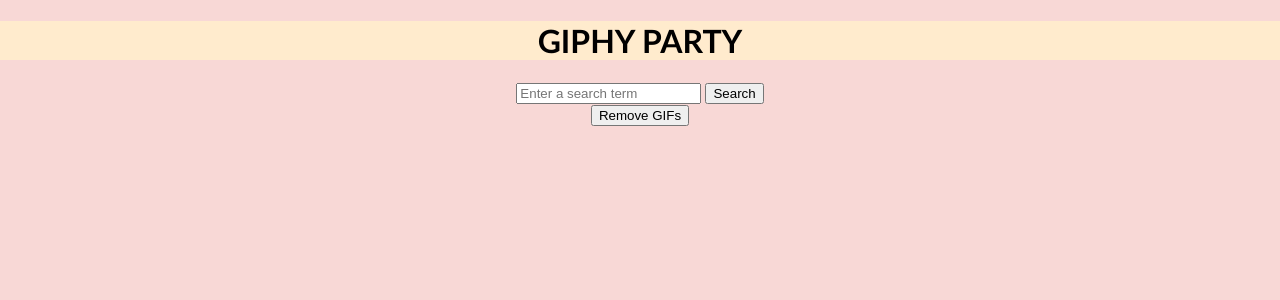
Repository: rmdayberry/AJAX-Giphy-Party
Page: index.html
These files come from the project's save history. The page is drawn as it stood at one moment and after the next save; the edit follows.
The browser window is 1280 px wide. The pictures show the whole page.
Some web libraries are served in a nearby version.

Above is the page before, as saved 2024-08-06 13:00:42.

### index.html
<!DOCTYPE html>
<html lang="en">
  <head>
    <meta charset="UTF-8" />
    <title>Giphy Party!</title>
    <link rel="stylesheet" href="style.css" />
  </head>

  <body>
    <h1>GIPHY PARTY</h1>
    <form id="gifForm">
      <input type="text" id="searchTerm" placeholder="Enter a search term" />
      <button type="submit">Search</button>
    </form>
    <div id="gifContainer"></div>

    <button id="removeAllBtn">Remove GIFs</button>
    <script src="https://code.jquery.com/jquery-3.2.1.js"></script>
    <script src="https://unpkg.com/axios/dist/axios.js"></script>
    <script src="app.js"></script>
  </body>
</html>

### style.css
body {
  font-family: "Trebuchet MS", "Lucida Sans Unicode", "Lucida Grande",
    "Lucida Sans", Arial, sans-serif;
  background-color: rgb(248, 216, 214);
  text-align: center;
  margin: 0;
  padding: 0;
}

h1 {
  background-color: blanchedalmond;
}

### app.js
console.log("Let's get this party started!");
//handle form submissions and AJAX requests
document
  .getElementById("gifForm")
  .addEventListener("submit", async function (e) {
    e.preventDefault();

    const searchTerm = document.getElementById("searchTerm").value;
    const apiKey = "MhAodEJIJxQMxW9XqxKjyXfNYdLoOIym";
    const url = `http://api.giphy.com/v1/gifs/search?q=${searchTerm}&api_key=${apiKey}`;

    try {
      const response = await axios.get(url);
      console.log(response.data);
      //append gifs to page
      const gifUrl = response.data.data[0].images.fixed_height.url; //get first gif url
      const img = document.createElement("img");
      img.src = gifUrl;
      document.getElementById("gifContainer").appendChild(img);
    } catch (error) {
      console.log("Error finding GIF:", error);
    }
  });

//add eventListener to remove GIFs button
document.getElementById("removeAllBtn").addEventListener("click", function () {
  const gifContainer = document.getElementById("gifContainer");
  while (gifContainer.firstChild) {
    gifContainer.removeChild(gifContainer.firstChild);
  }
});

After the next save:
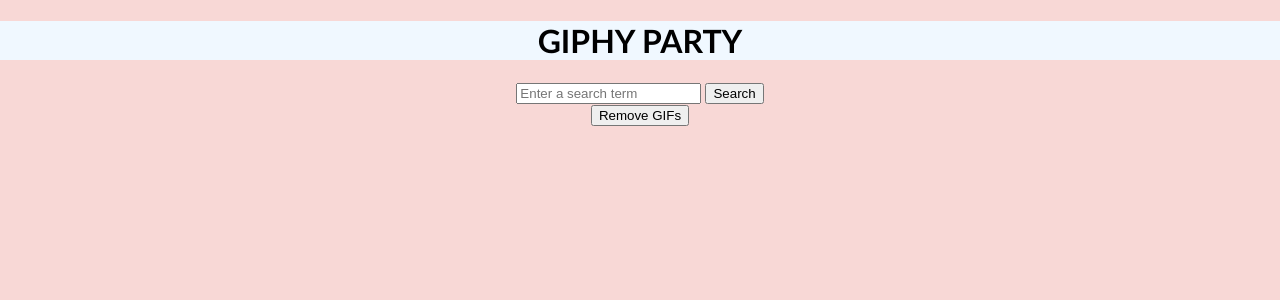
Saved 37 s later.
--- a/style.css
+++ b/style.css
@@ -8,5 +8,5 @@
 }
 
 h1 {
-  background-color: blanchedalmond;
+  background-color: aliceblue;
 }
